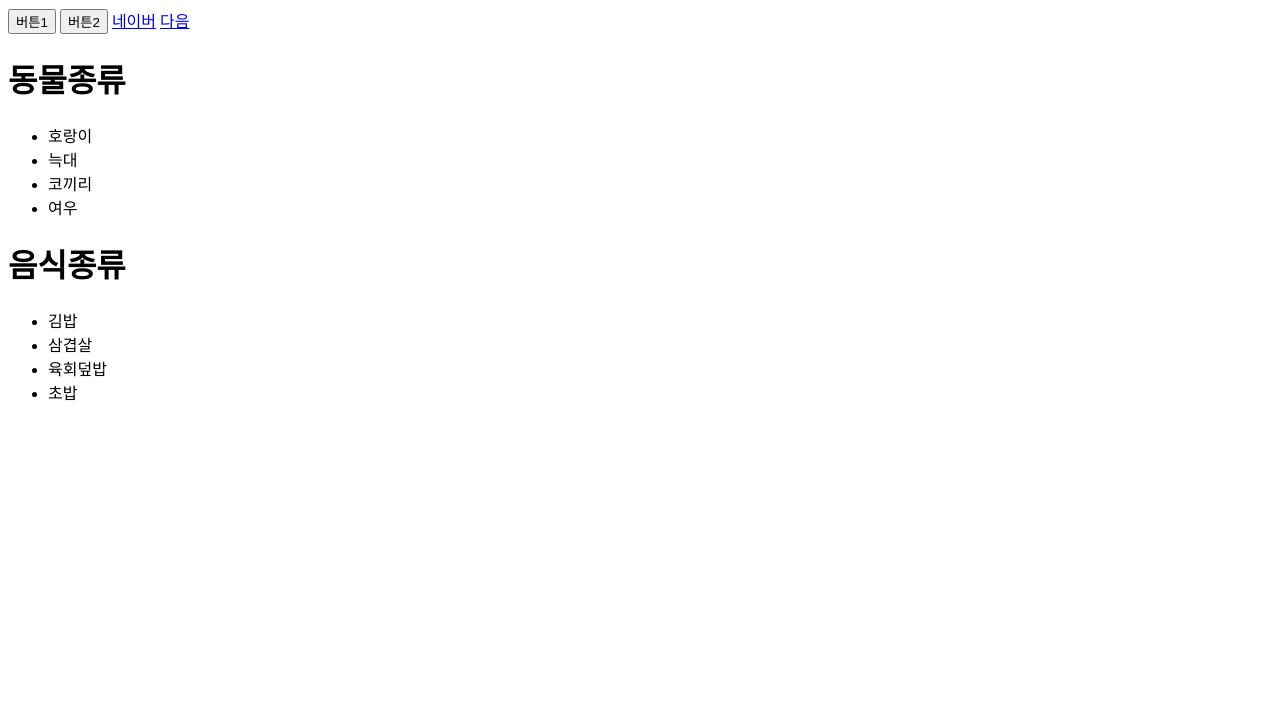
Repository: dhfkdlxm/Lecture-Web
Page: Lecture-Web/WebContent/jquery/exam03.html
An editor plug-in stored every save of this project. The page is shown before and after the next save, followed by the edit.
The browser window is 1280 px wide. The pictures show the whole page.
After loading, the first visible `input` was clicked once.

Above is the page before, as saved 2021-06-16 07:13:26.

After the next save:
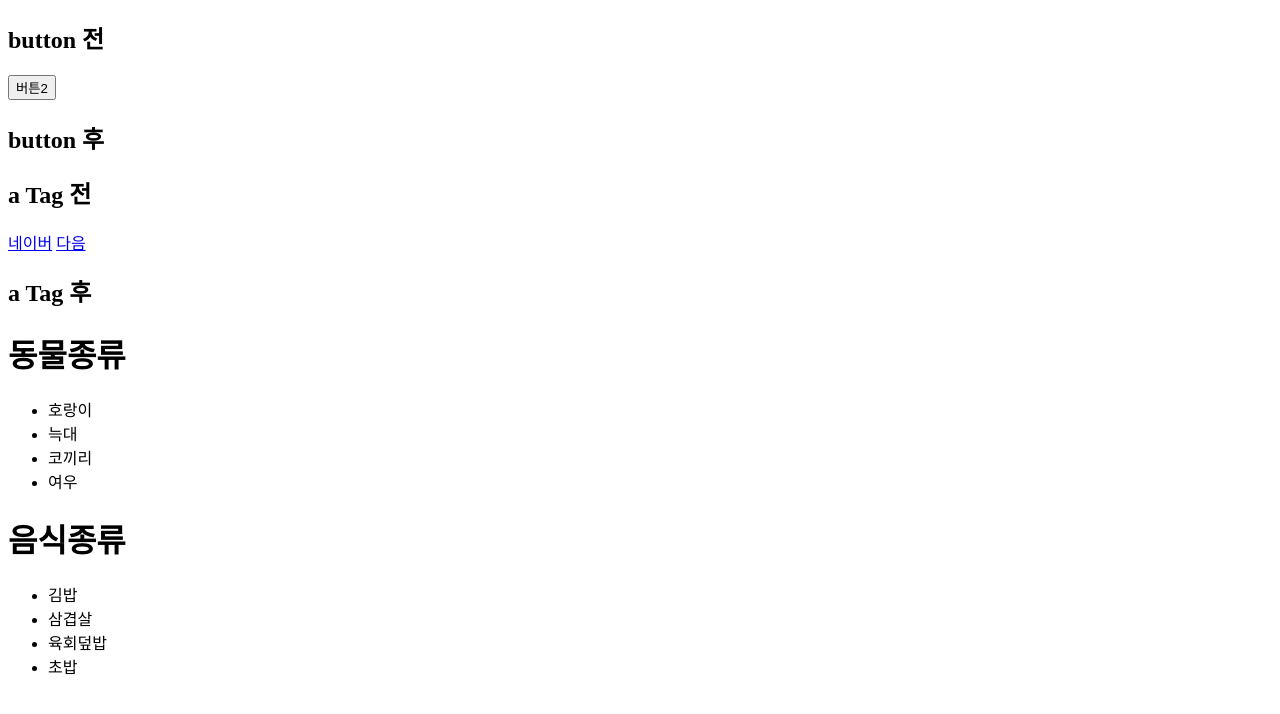
Saved 2 min 45 s later.
--- a/Lecture-Web/WebContent/jquery/exam03.html
+++ b/Lecture-Web/WebContent/jquery/exam03.html
@@ -22,9 +22,10 @@
 	// $('input:button').hide()
 	// $(':button').hide()
 	// $('button').hide()
-		$(':button').click(function() {
-			$('h2').hide()
-		})    //버튼을 클릭했다면!
+		$(':button').click(function() {      //버튼을 클릭했다면!
+			//$('h2').hide()
+			$(this).hide()    //this : 클릭을 당한 대상
+		})
 	})
 </script>
 </head>
